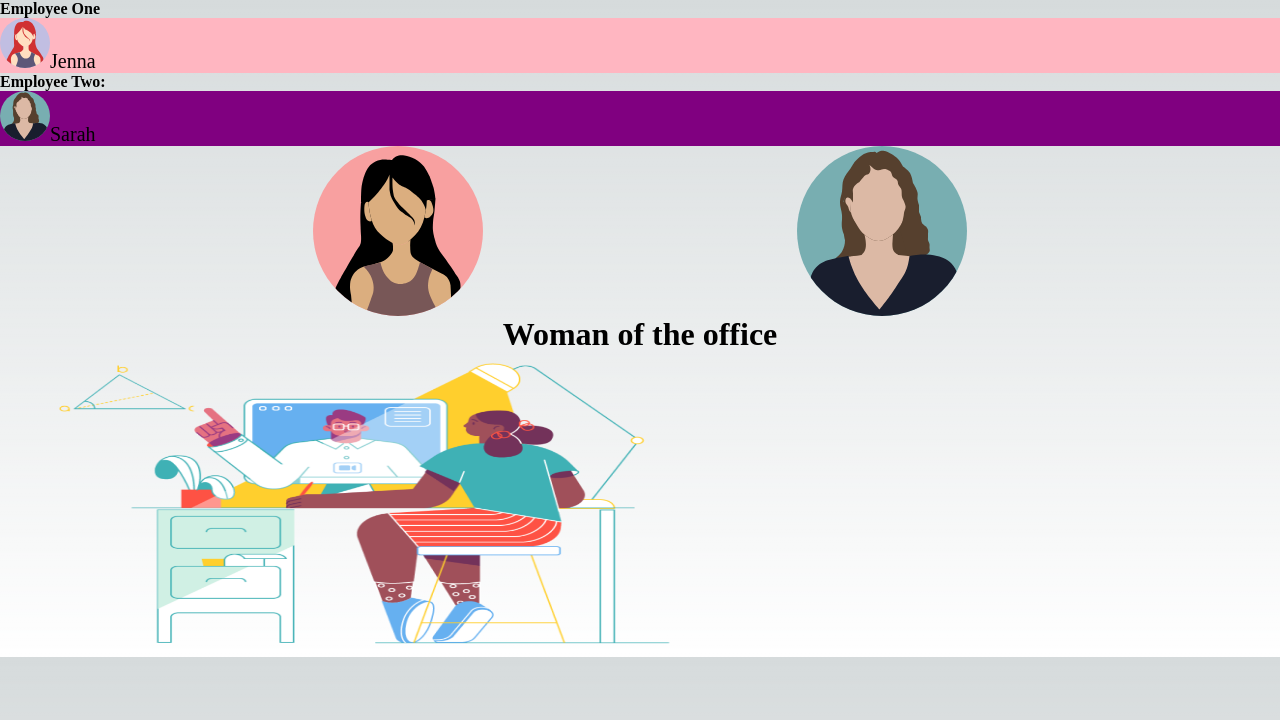
Repository: bguemos/week3example
Page: /About
An editor plug-in stored every save of this project. The page is shown before and after the next save, followed by the edit.
The browser window is 1280 px wide. The pictures show the whole page.
The project was rebuilt for these pictures with package versions that can differ from the ones it lists, and the page was loaded fresh each time. The framework's server and built-in components were replaced by stand-ins that run in the browser. Also part of the build but not shown: next.config.js.

Above is the page before, as saved 2023-01-23 13:42:16.

After the next save:
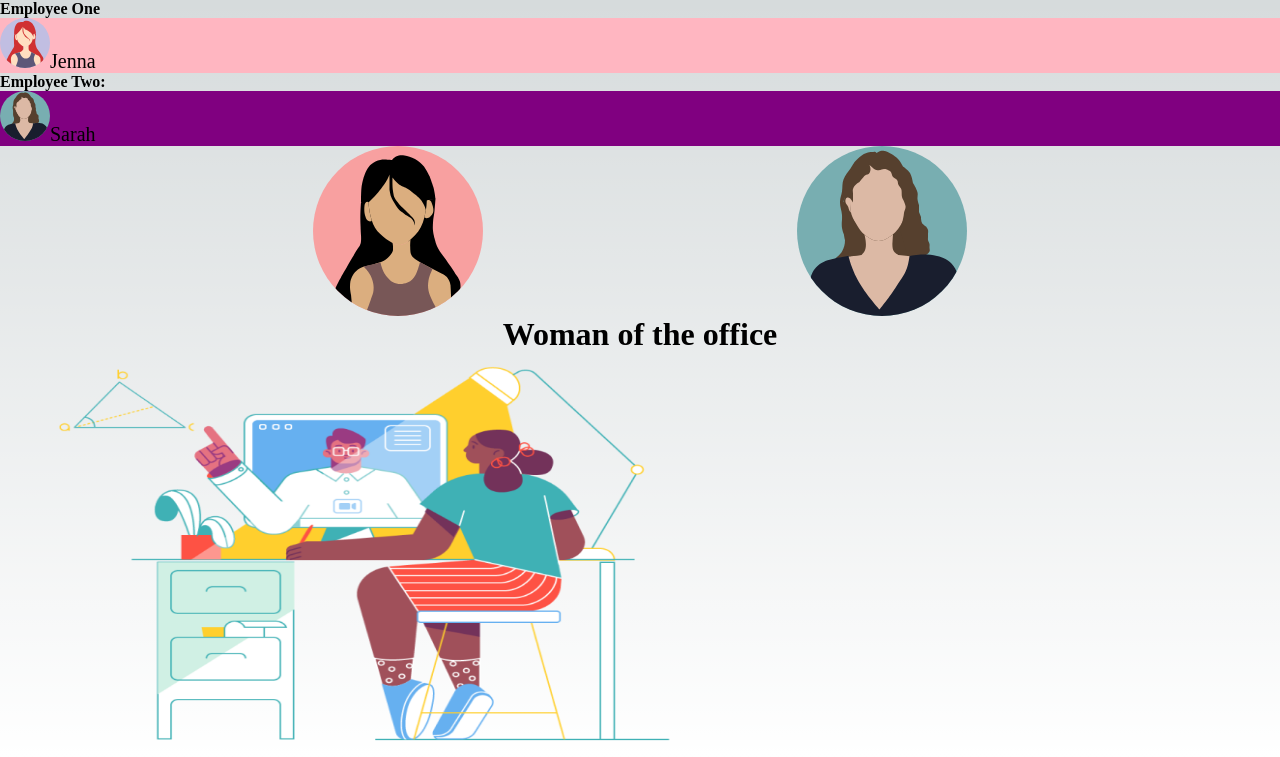
Saved 16 s later.
--- a/pages/About.js
+++ b/pages/About.js
@@ -54,7 +54,7 @@ export default function About() {
         <img
         src="/assets/office.png"
         alt="office"
-        height={300}
+        height={400}
         width={750}
 
         />
